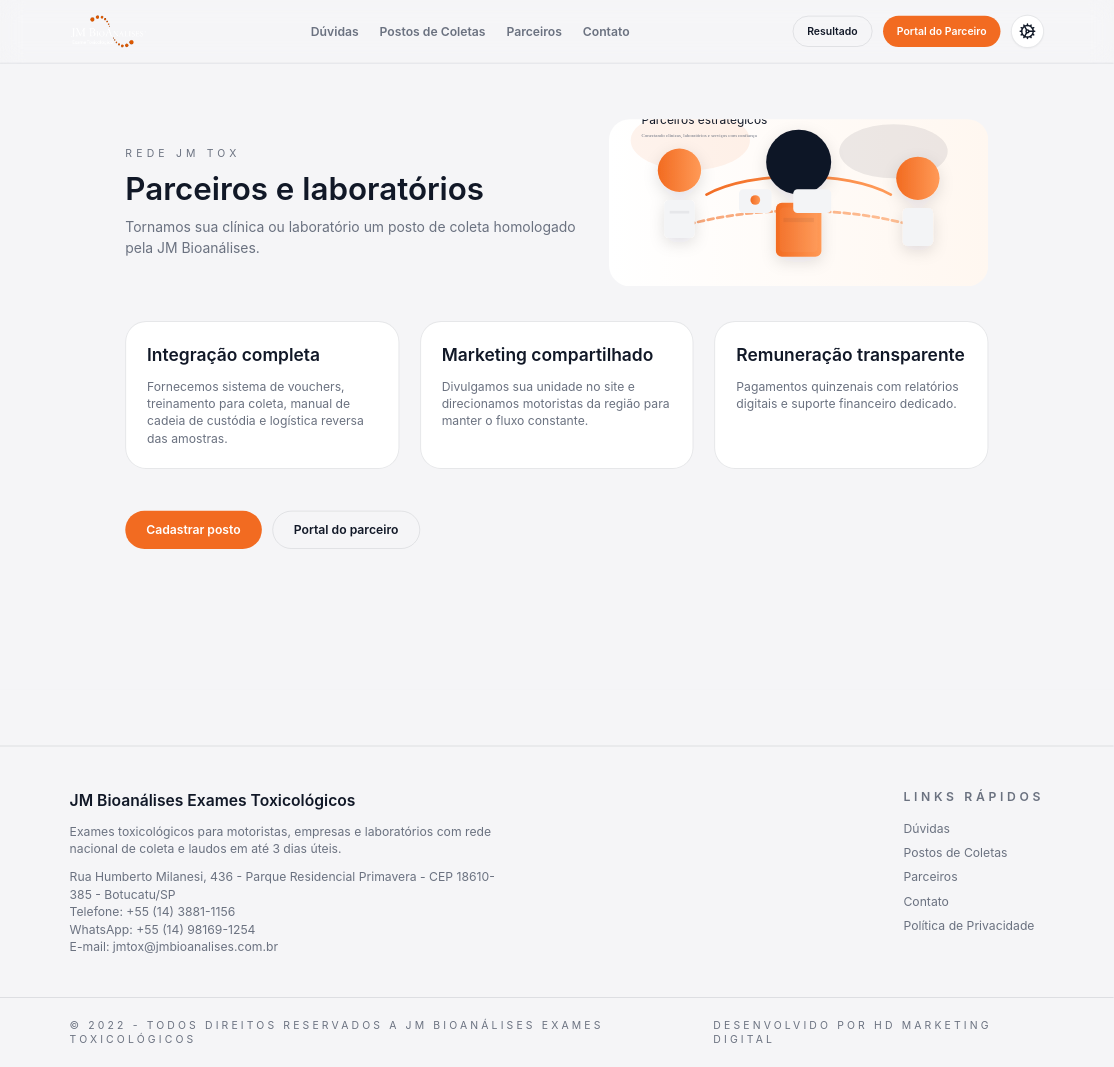
Repository: 1xLab/cat1
Page: /parceiros
These files come from the project's save history. The page is drawn as it stood at one moment and after the next save; the edit follows.
The browser window is 1280 px wide. The pictures show the whole page, at 87% of full size.
The page's requests for data from a server got no answer. The project was rebuilt for these pictures with package versions that can differ from the ones it lists, and the page was loaded fresh each time. The framework's server and built-in components were replaced by stand-ins that run in the browser. No one was signed in, and anything a server would have sent is missing. Also part of the build but not shown: next.config.ts.

Above is the page before, as saved 2025-11-19 22:16:03.

### src/app/layout.tsx
import type { Metadata } from "next";
import { Geist, Geist_Mono } from "next/font/google";
import "./globals.css";

import { Header } from "@/components/layout/header";
import { Footer } from "@/components/layout/footer";
import { baseMetadata } from "@/lib/seo";
import { LabSchema } from "@/components/seo/lab-schema";
import { TagManager } from "@/components/analytics/tag-manager";

const geistSans = Geist({
  variable: "--font-geist-sans",
  subsets: ["latin"],
});

const geistMono = Geist_Mono({
  variable: "--font-geist-mono",
  subsets: ["latin"],
});

export const metadata: Metadata = baseMetadata;

export default function RootLayout({
  children,
}: Readonly<{
  children: React.ReactNode;
}>) {
  return (
    <html lang="pt-BR" data-theme="sunrise">
      <body className={`${geistSans.variable} ${geistMono.variable} antialiased`}>
        <TagManager />
        <LabSchema />
        <Header />
        <main className="min-h-screen bg-[var(--color-bg)] text-[var(--color-text)]">
          {children}
        </main>
        <Footer />
      </body>
    </html>
  );
}

### src/app/parceiros/page.tsx
import Image from "next/image";
import type { Metadata } from "next";
import { Button } from "@/components/ui/button";

const pillars = [
  {
    title: "Integração completa",
    body: "Fornecemos sistema de vouchers, treinamento para coleta, manual de cadeia de custódia e logística reversa das amostras.",
  },
  {
    title: "Marketing compartilhado",
    body: "Divulgamos sua unidade no site e direcionamos motoristas da região para manter o fluxo constante.",
  },
  {
    title: "Remuneração transparente",
    body: "Pagamentos quinzenais com relatórios digitais e suporte financeiro dedicado.",
  },
];

export const metadata: Metadata = {
  title: "Parceiros | JM Tox",
};

const illustration = "/imagens/illustration-parceiros-v3.svg";

export default function ParceirosPage() {
  return (
    <section className="mx-auto max-w-5xl px-4 py-16">
      <div className="grid gap-6 md:grid-cols-[1.1fr_0.9fr] md:items-center">
        <div className="space-y-3">
          <p className="text-xs uppercase tracking-[0.4em] text-[var(--color-text-muted)]">
            Rede JM Tox
          </p>
          <h1 className="text-4xl font-semibold text-[var(--color-text)]">
            Parceiros e laboratórios
          </h1>
          <p className="text-[var(--color-text-muted)]">
            Tornamos sua clínica ou laboratório um posto de coleta homologado
            pela JM Bioanálises.
          </p>
        </div>
        <div className="relative h-48 rounded-3xl">
          <Image
            src={illustration}
            alt="Tecnologia embarcada em caminhões"
            fill
            className="rounded-3xl object-cover"
            sizes="(min-width: 768px) 400px, 100vw"
          />
        </div>
      </div>
      <div className="mt-10 grid gap-6 md:grid-cols-3">
        {pillars.map((pillar) => (
          <article
            key={pillar.title}
            className="rounded-3xl border border-[var(--color-outline)] bg-[var(--color-surface)] p-6"
          >
            <h2 className="text-xl font-semibold text-[var(--color-text)]">
              {pillar.title}
            </h2>
            <p className="mt-3 text-sm text-[var(--color-text-muted)]">
              {pillar.body}
            </p>
          </article>
        ))}
      </div>
      <div className="mt-12 flex flex-wrap gap-3">
        <Button asChild>
          <a href="/cadastro-postos-de-coleta">Cadastrar posto</a>
        </Button>
        <Button asChild variant="outline">
          <a href="/app/parceiros">Portal do parceiro</a>
        </Button>
      </div>
    </section>
  );
}

### src/app/globals.css
@tailwind base;
@tailwind components;
@tailwind utilities;

:root {
  --color-bg: #f5f5f7;
  --color-surface: #ffffff;
  --color-text: #111827;
  --color-text-muted: #6b7280;
  --color-primary: #f26b21;
  --color-primary-dark: #c65310;
  --color-header: #050608;
  --color-outline: rgba(15, 23, 42, 0.1);
}

[data-theme="sunrise"] {
  --color-bg: #f5f5f7;
  --color-surface: #ffffff;
  --color-text: #111827;
  --color-text-muted: #6b7280;
  --color-primary: #f26b21;
  --color-primary-dark: #c65310;
  --color-header: #050608;
}

[data-theme="midnight"] {
  --color-bg: #050608;
  --color-surface: #111827;
  --color-text: #f9fafb;
  --color-text-muted: #9ca3af;
  --color-primary: #f26b21;
  --color-primary-dark: #f26b21;
  --color-header: #000000;
  --color-outline: rgba(255, 255, 255, 0.1);
}

[data-theme="clinical"] {
  --color-bg: #f3f6fb;
  --color-surface: #ffffff;
  --color-text: #0f172a;
  --color-text-muted: #3f4d63;
  --color-primary: #2563eb;
  --color-primary-dark: #1d4ed8;
  --color-header: #0f172a;
  --color-outline: rgba(15, 23, 42, 0.08);
}

[data-theme="high-contrast"] {
  --color-bg: #000000;
  --color-surface: #000000;
  --color-text: #ffffff;
  --color-text-muted: #f3f4f6;
  --color-primary: #ffbf00;
  --color-primary-dark: #f59e0b;
  --color-header: #000000;
  --color-outline: rgba(255, 255, 255, 0.2);
}

[data-theme="dark"] {
  --color-bg: #111436;
  --color-surface: rgba(255, 255, 255, 0.08);
  --color-text: #fefefe;
  --color-text-muted: #d4ddff;
  --color-primary: #f97316;
  --color-primary-dark: #ea580c;
  --color-header: rgba(17, 20, 54, 0.9);
  --color-outline: rgba(255, 255, 255, 0.2);
}

@layer base {
  * {
    box-sizing: border-box;
  }

  body {
    background: var(--color-bg);
    color: var(--color-text);
    font-family: "Inter", system-ui, -apple-system, BlinkMacSystemFont,
      "Segoe UI", sans-serif;
    min-height: 100vh;
  }
}

@layer utilities {
  .text-balance {
    text-wrap: balance;
  }

  .glass-panel {
    background: color-mix(in srgb, var(--color-surface) 90%, transparent);
    backdrop-filter: blur(18px);
    border: 1px solid color-mix(in srgb, var(--color-outline) 80%, transparent);
    border-radius: 1.5rem;
    box-shadow: 0 15px 45px rgba(15, 23, 42, 0.12);
  }
}

### src/components/layout/header.tsx
import Image from "next/image";
import Link from "next/link";
import { ThemeSwitcher } from "@/components/theme-switcher";
import { Button } from "@/components/ui/button";

const navItems = [
  { label: "Dúvidas", href: "/duvidas-frequentes" },
  { label: "Postos de Coletas", href: "/postos-de-coletas" },
  { label: "Parceiros", href: "/parceiros" },
  { label: "Contato", href: "/contato" },
];

export function Header() {
  return (
    <header className="sticky top-0 z-40 border-b border-[var(--color-outline)] bg-[var(--color-header)]/15 backdrop-blur-md">
      <div className="container mx-auto flex max-w-6xl items-center justify-between gap-4 px-4 py-4">
        <Link href="/" className="flex items-center gap-3">
          <Image
            src="/logo-jm-bioanalises-branco.png"
            alt="JM Bioanálises"
            width={150}
            height={42}
            className="h-10 w-auto"
            priority
          />
          <span className="sr-only">JM Bioanálises</span>
        </Link>
        <nav className="hidden items-center gap-6 text-sm font-semibold text-[var(--color-text-muted)] lg:flex">
          {navItems.map((item) => (
            <Link
              key={item.href}
              href={item.href}
              className="transition hover:text-[var(--color-text)]"
            >
              {item.label}
            </Link>
          ))}
        </nav>
        <div className="flex items-center gap-3">
          <Button asChild variant="outline" size="sm">
            <Link href="/duvidas-frequentes#resultado-online">Resultado</Link>
          </Button>
          <Button asChild size="sm">
            <Link href="/parceiros">Portal do Parceiro</Link>
          </Button>
          <ThemeSwitcher />
        </div>
      </div>
      <div className="border-t border-[var(--color-outline)] bg-[var(--color-header)] px-4 py-3 lg:hidden">
        <nav className="flex flex-wrap gap-3 text-sm font-semibold text-[var(--color-text-muted)]">
          {navItems.map((item) => (
            <Link
              key={item.href}
              href={item.href}
              className="rounded-full border border-gray-600 px-3 py-1 transition hover:border-[var(--color-primary)] hover:text-white"
            >
              {item.label}
            </Link>
          ))}
        </nav>
      </div>
    </header>
  );
}

### src/components/layout/footer.tsx
import Link from "next/link";

import { siteConfig } from "@/lib/site";

const quickLinks = [
  { label: "Dúvidas", href: "/duvidas-frequentes" },
  { label: "Postos de Coletas", href: "/postos-de-coletas" },
  { label: "Parceiros", href: "/parceiros" },
  { label: "Contato", href: "/contato" },
  { label: "Política de Privacidade", href: "/politica-de-privacidade" },
];

export function Footer() {
  return (
    <footer className="mt-16 border-t border-[var(--color-outline)] bg-[var(--color-surface)]/95">
      <div className="mx-auto flex max-w-6xl flex-col gap-8 px-4 py-12 md:flex-row md:justify-between">
        <div className="max-w-lg space-y-3">
          <p className="text-lg font-semibold text-[var(--color-text)]">
            {siteConfig.name}
          </p>
          <p className="text-sm text-[var(--color-text-muted)]">
            {siteConfig.description}
          </p>
          <div className="text-sm text-[var(--color-text-muted)]">
            <p>{siteConfig.address}</p>
            <p>Telefone: {siteConfig.contacts.phone}</p>
            <p>WhatsApp: {siteConfig.contacts.mobile}</p>
            <p>E-mail: {siteConfig.contacts.email}</p>
          </div>
        </div>
        <div>
          <p className="text-sm font-semibold uppercase tracking-[0.3em] text-[var(--color-text-muted)]">
            Links rápidos
          </p>
          <ul className="mt-4 space-y-2 text-sm">
            {quickLinks.map((link) => (
              <li key={link.href}>
                <Link
                  href={link.href}
                  className="text-[var(--color-text-muted)] transition hover:text-[var(--color-text)]"
                >
                  {link.label}
                </Link>
              </li>
            ))}
          </ul>
        </div>
      </div>
      <div className="border-t border-[var(--color-outline)]">
        <div className="mx-auto flex max-w-6xl flex-col gap-2 px-4 py-6 text-xs uppercase tracking-[0.3em] text-[var(--color-text-muted)] md:flex-row md:items-center md:justify-between">
          <p>
            © 2022 - Todos Direitos Reservados a JM Bioanálises Exames Toxicológicos
          </p>
          <p>Desenvolvido por HD Marketing Digital</p>
        </div>
      </div>
    </footer>
  );
}

### src/lib/seo.ts
import type { Metadata } from "next";
import { siteConfig } from "./site";

type SEOParams = {
  title?: string;
  description?: string;
  path?: string;
};

export const baseMetadata: Metadata = {
  metadataBase: new URL(siteConfig.url),
  title: {
    default: `${siteConfig.name} | Laboratório de Toxicologia`,
    template: `%s | ${siteConfig.name}`,
  },
  description: siteConfig.description,
  openGraph: {
    type: "website",
    url: siteConfig.url,
    title: siteConfig.name,
    description: siteConfig.description,
    images: [
      {
        url: siteConfig.ogImage,
        width: 1200,
        height: 630,
        alt: siteConfig.name,
      },
    ],
  },
  twitter: {
    card: "summary_large_image",
    title: siteConfig.name,
    description: siteConfig.description,
    images: [siteConfig.ogImage],
  },
  icons: {
    icon: "/favicon.ico",
  },
};

export const generatePageMetadata = ({
  title,
  description,
  path = "",
}: SEOParams): Metadata => ({
  ...baseMetadata,
  title,
  description,
  alternates: {
    canonical: path ? `${siteConfig.url}${path}` : siteConfig.url,
  },
});

### src/components/seo/lab-schema.tsx
export function LabSchema() {
  const jsonLd = {
    "@context": "https://schema.org",
    "@type": "MedicalOrganization",
    name: "JM Bioanálises Exames Toxicológicos",
    url: "https://jmtox.com.br",
    address: {
      "@type": "PostalAddress",
      streetAddress:
        "Rua Humberto Milanesi, 436 - Parque Residencial Primavera",
      addressLocality: "Botucatu",
      addressRegion: "SP",
      postalCode: "18610-385",
      addressCountry: "BR",
    },
    contactPoint: {
      "@type": "ContactPoint",
      telephone: "+55-14-3881-1156",
      contactType: "customer service",
      availableLanguage: ["Portuguese", "English"],
    },
    sameAs: ["https://www.linkedin.com/company/jmbioanalises"],
    medicalSpecialty: ["Toxicologic"],
  };

  return (
    <script
      type="application/ld+json"
      dangerouslySetInnerHTML={{ __html: JSON.stringify(jsonLd) }}
    />
  );
}

### src/components/analytics/tag-manager.tsx
"use client";

import Script from "next/script";

export function TagManager() {
  const id = process.env.NEXT_PUBLIC_GTM_ID;
  if (!id) return null;

  return (
    <>
      <Script id="gtm-loader">
        {`
          (function(w,d,s,l,i){w[l]=w[l]||[];w[l].push({'gtm.start':
          new Date().getTime(),event:'gtm.js'});var f=d.getElementsByTagName(s)[0],
          j=d.createElement(s),dl=l!='dataLayer'?'&l='+l:'';j.async=true;j.src=
          'https://www.googletagmanager.com/gtm.js?id='+i+dl;f.parentNode.insertBefore(j,f);
          })(window,document,'script','dataLayer','${id}');
        `}
      </Script>
      <noscript>
        <iframe
          src={`https://www.googletagmanager.com/ns.html?id=${id}`}
          height="0"
          width="0"
          style={{ display: "none", visibility: "hidden" }}
        />
      </noscript>
    </>
  );
}

### src/components/ui/button.tsx
"use client";

import * as React from "react";
import { Slot } from "@radix-ui/react-slot";
import { cva, type VariantProps } from "class-variance-authority";

import { cn } from "@/lib/utils";

const buttonVariants = cva(
  "inline-flex items-center justify-center whitespace-nowrap rounded-full text-sm font-semibold transition focus-visible:outline-none focus-visible:ring-2 focus-visible:ring-[var(--color-primary)] disabled:pointer-events-none disabled:opacity-60",
  {
    variants: {
      variant: {
        default:
          "bg-[var(--color-primary)] text-white hover:bg-[var(--color-primary-dark)]",
        secondary:
          "bg-[var(--color-surface)] text-[var(--color-text)] border border-[var(--color-outline)] hover:border-[var(--color-primary)]",
        outline:
          "border border-[var(--color-outline)] text-[var(--color-text)] hover:border-[var(--color-primary)] hover:text-[var(--color-text)]",
        ghost: "text-[var(--color-text)] hover:bg-[var(--color-outline)]/30",
        link: "underline-offset-4 text-[var(--color-primary)] hover:underline",
      },
      size: {
        default: "h-11 px-6",
        sm: "h-9 px-4 text-xs",
        lg: "h-12 px-8 text-base",
        icon: "h-10 w-10",
      },
    },
    defaultVariants: {
      variant: "default",
      size: "default",
    },
  }
);

export interface ButtonProps
  extends React.ButtonHTMLAttributes<HTMLButtonElement>,
    VariantProps<typeof buttonVariants> {
  asChild?: boolean;
}

const Button = React.forwardRef<HTMLButtonElement, ButtonProps>(
  ({ className, variant, size, asChild = false, ...props }, ref) => {
    const Comp = asChild ? Slot : "button";
    return (
      <Comp
        className={cn(buttonVariants({ variant, size, className }))}
        ref={ref}
        {...props}
      />
    );
  }
);
Button.displayName = "Button";

export { Button, buttonVariants };

### src/components/theme-switcher.tsx
"use client";

import { useEffect, useState } from "react";
import { Cog, Check } from "lucide-react";
import { cn } from "@/lib/utils";

const themes = [
  { id: "sunrise", name: "Sunrise Light", description: "Luz natural com laranja vibrante." },
  { id: "midnight", name: "Midnight Dark", description: "Interface escura para salas de comando." },
  { id: "clinical", name: "Clinical Light", description: "Azul clínico com fundos neutros." },
  { id: "high-contrast", name: "High Contrast", description: "Alto contraste para máxima leitura." },
];

function applyThemeValue(
  value: string,
  setTheme: (theme: string) => void
) {
  const next = themes.find((item) => item.id === value) ? value : "sunrise";
  setTheme(next);
  document.documentElement.setAttribute("data-theme", next);
  try {
    localStorage.setItem("jmbio-theme", next);
  } catch {
    /* ignore */
  }
}

export function ThemeSwitcher() {
  const [open, setOpen] = useState(false);
  const [theme, setTheme] = useState("sunrise");

  useEffect(() => {
    let stored = "sunrise";
    try {
      stored = localStorage.getItem("jmbio-theme") || "sunrise";
    } catch {
      stored = "sunrise";
    }
    applyThemeValue(stored, setTheme);
  }, []);

  function apply(value: string) {
    applyThemeValue(value, setTheme);
  }

  return (
    <div className="relative">
      <button
        aria-label="Alterar tema do site"
        className="rounded-full border border-[var(--color-outline)] bg-[var(--color-surface)] p-2 text-[var(--color-text)] shadow-sm transition hover:shadow-md"
        onClick={() => setOpen((prev) => !prev)}
      >
        <Cog className="h-5 w-5" />
      </button>
      {open && (
        <div className="absolute right-0 z-50 mt-3 w-64 rounded-2xl border border-[var(--color-outline)] bg-[var(--color-surface)] p-4 shadow-xl">
          <p className="text-xs font-semibold uppercase tracking-[0.3em] text-[var(--color-text-muted)]">
            Temas
          </p>
          <div className="mt-3 space-y-2">
            {themes.map((item) => (
              <button
                key={item.id}
                className={cn(
                  "flex w-full items-start gap-2 rounded-2xl border border-transparent p-3 text-left transition hover:border-[var(--color-outline)]",
                  theme === item.id && "border-[var(--color-primary)] bg-[var(--color-primary)]/10"
                )}
                onClick={() => apply(item.id)}
              >
                <span className="mt-1 text-[var(--color-primary)]">
                  {theme === item.id ? <Check className="h-4 w-4" /> : <span className="block h-4 w-4 rounded-full border border-[var(--color-outline)]" />}
                </span>
                <span>
                  <span className="font-semibold text-[var(--color-text)]">{item.name}</span>
                  <span className="block text-xs text-[var(--color-text-muted)]">{item.description}</span>
                </span>
              </button>
            ))}
          </div>
        </div>
      )}
    </div>
  );
}

### src/lib/site.ts
export const siteConfig = {
  name: "JM Bioanálises Exames Toxicológicos",
  description:
    "Exames toxicológicos para motoristas, empresas e laboratórios com rede nacional de coleta e laudos em até 3 dias úteis.",
  url: "https://jmtox.com.br",
  ogImage: "/logo-jm-bioanalises-branco.png",
  social: {
    linkedin: "https://www.linkedin.com/company/jmbioanalises",
    whatsapp: "https://api.whatsapp.com/send?phone=5514981691254",
  },
  contacts: {
    phone: "+55 (14) 3881-1156",
    mobile: "+55 (14) 98169-1254",
    email: "jmtox@jmbioanalises.com.br",
  },
  address:
    "Rua Humberto Milanesi, 436 - Parque Residencial Primavera - CEP 18610-385 - Botucatu/SP",
};

export type SiteConfig = typeof siteConfig;

### src/lib/utils.ts
import { type ClassValue, clsx } from "clsx";
import { twMerge } from "tailwind-merge";

export function cn(...inputs: ClassValue[]) {
  return twMerge(clsx(inputs));
}

export function formatPhone(phone: string) {
  const digits = phone.replace(/\D/g, "");
  const match = digits.match(/^(\d{2})(\d{5})(\d{4})$/);
  if (!match) return phone;
  return `(${match[1]}) ${match[2]}-${match[3]}`;
}

export function slugify(value: string) {
  return value
    .toLowerCase()
    .normalize("NFD")
    .replace(/[\u0300-\u036f]/g, "")
    .replace(/[^a-z0-9]+/g, "-")
    .replace(/(^-|-$)+/g, "");
}

export function formatIsoDate(date: string) {
  return new Date(date).toLocaleDateString("pt-BR", {
    day: "2-digit",
    month: "short",
    year: "numeric",
  });
}

### tailwind.config.ts
import type { Config } from "tailwindcss";
import { fontFamily } from "tailwindcss/defaultTheme";
import animate from "tailwindcss-animate";

const config: Config = {
  darkMode: ["class"],
  content: ["./src/**/*.{ts,tsx}"],
  theme: {
    container: {
      center: true,
      padding: {
        DEFAULT: "1.5rem",
        md: "2rem",
      },
      screens: {
        "2xl": "1320px",
      },
    },
    extend: {
      colors: {
        border: "hsl(var(--border))",
        input: "hsl(var(--input))",
        ring: "hsl(var(--ring))",
        background: "hsl(var(--background))",
        foreground: "hsl(var(--foreground))",
        primary: {
          DEFAULT: "hsl(var(--primary))",
          foreground: "hsl(var(--primary-foreground))",
        },
        secondary: {
          DEFAULT: "hsl(var(--secondary))",
          foreground: "hsl(var(--secondary-foreground))",
        },
        muted: {
          DEFAULT: "hsl(var(--muted))",
          foreground: "hsl(var(--muted-foreground))",
        },
        accent: {
          DEFAULT: "hsl(var(--accent))",
          foreground: "hsl(var(--accent-foreground))",
        },
        destructive: {
          DEFAULT: "hsl(var(--destructive))",
          foreground: "hsl(var(--destructive-foreground))",
        },
        card: {
          DEFAULT: "hsl(var(--card))",
          foreground: "hsl(var(--card-foreground))",
        },
      },
      borderRadius: {
        lg: "var(--radius)",
        md: "calc(var(--radius) - 2px)",
        sm: "calc(var(--radius) - 4px)",
      },
      fontFamily: {
        sans: ["var(--font-geist-sans)", ...fontFamily.sans],
        mono: ["var(--font-geist-mono)", ...fontFamily.mono],
      },
      backgroundImage: {
        "grid-fade":
          "radial-gradient(circle at 20% 20%, hsla(var(--primary),0.25), transparent 55%), radial-gradient(circle at 80% 0%, hsla(var(--accent),0.3), transparent 60%)",
      },
    },
  },
  plugins: [animate],
};

export default config;

After the next save:
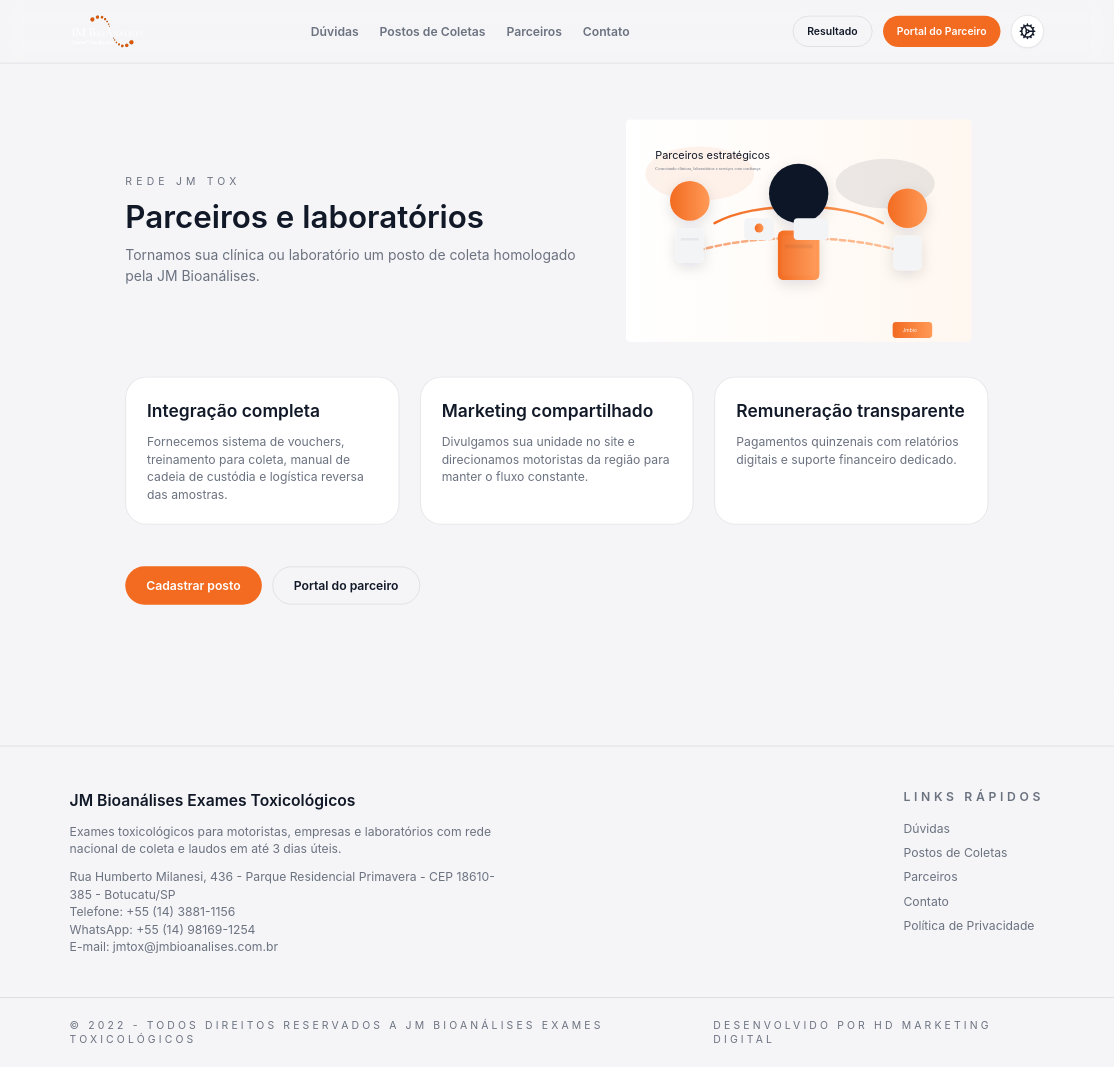
Saved 99 s later.
--- a/src/app/parceiros/page.tsx
+++ b/src/app/parceiros/page.tsx
@@ -39,12 +39,12 @@ export default function ParceirosPage() {
             pela JM Bioanálises.
           </p>
         </div>
-        <div className="relative h-48 rounded-3xl">
+        <div className="relative h-48 md:h-64 rounded-3xl">
           <Image
             src={illustration}
-            alt="Tecnologia embarcada em caminhões"
+            alt="Ilustração Parceiros estratégicos"
             fill
-            className="rounded-3xl object-cover"
+            className="rounded-3xl object-contain"
             sizes="(min-width: 768px) 400px, 100vw"
           />
         </div>
